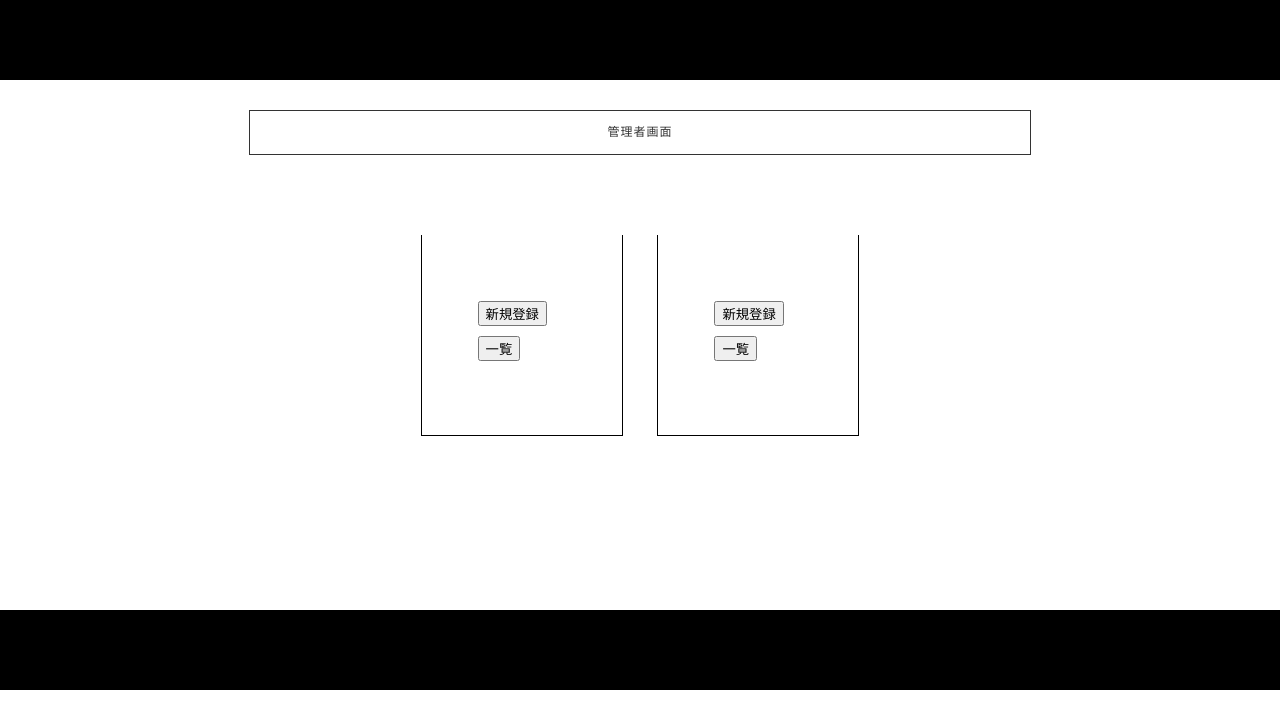
Repository: hiraide8/test
Page: http://localhost/ecsite/admin.jsp
The author's editor kept a copy of each file at every save. The page is drawn from the files as they stood at one save, then again after the next save.
The browser window is 1280 px wide. The pictures show the whole page.
The page is served by Tomcat 9. Other server files are loaded and not shown.

Above is the page before, as saved 2019-01-23 11:42:41.

### ecsite/WebContent/admin.jsp
<%@ page language="java" contentType="text/html; charset=UTF-8"
    pageEncoding="UTF-8"%>
<%@ taglib prefix="s" uri="/struts-tags" %>
<!DOCTYPE html PUBLIC "-//W3C//DTD HTML 4.01 Transitional//EN" "http://www.w3.org/TR/html4/loose.dtd">
<html>
<head>
       <meta http-equiv="Content-Type" content="text/html; charset=UTF-8">
       <meta http-equiv="Content-Style-Type" content="text/css"/>
       <meta http-equiv="Content-Script-Type" content="text/javascript"/>
       <meta http-equiv="imagetoolbar" content="no"/>
       <meta name="descripttion" content=""/>
       <meta name="keywords" content=""/>
       <title>管理者画面</title>
       <style type="text/css">
       /* ========TAG LAYOUT======== */
                body{
                  margin:0;
                  padding:0;
                  line-height:1.6;
                  letter-spacing:1px;
                  font-family:Verdana,Helvetica,sans-serif;
                  font-size:12px;
                  color:#333;
                  background:#fff;
                }
                table{
                  position:relative;
                  top:30px;
                  left:25px;
                }
       /* ========ID LAYOUT======== */
                #top{
                  width:780px;
                  margin:30px auto;
                  border:1px solid #333;
                }
                #header{
                  width:100%;
                  height:80px;
                  background-color:black;
                }
                #main{
                  width:100%;
                  height:500px;
                  text-align:center;
                }
                #footer{
                  width:100%;
                  height:80px;
                  background-color:black;
                  clear:both;
                }
       /* ========CLASS LAYOUT======== */
                .aaa{
                  margin:0 auto;
                  margin-left:15px;
                  margin-right:15px;
                  display:inline-block;
                  margin-top:50px;
                  width:200px;
                  height:200px;
                  border-right:1px solid black;
                  border-left:1px solid black;
                  border-bottom:1px solid black;
                }
       </style>
</head>
<body>
       <div id="header">
               <div id="pr">
               </div>
       </div>
       <div id="main">
               <div id="top">
                       <p>管理者画面</p>
               </div>
               <div class="aaa">
                       <table>
                       <tr>
                       <td>
                       <s:form action="ItemCreateAction">
                                  <s:submit value="新規登録"/>
                       </s:form>
                       </td>
                       </tr>
                       <tr>
                       <td>
                       <s:form action="ItemListAction">
                                  <s:submit value="一覧"/>
                       </s:form>
                       </td>
                       </tr>
                       </table>
               </div>
               <div class="aaa">
                       <table>
                       <tr>
                       <td>
                       <s:form action="UserCreateAction">
                                  <s:submit value="新規登録"/>
                       </s:form>
                       </td>
                       </tr>
                       <tr>
                       <td>
                       <s:form action="UserListAction">
                                  <s:submit value="一覧"/>
                       </s:form>
                       </td>
                       </tr>
                       </table>
               </div>
       </div>
       <div id="footer">
               <div id="pr">
               </div>
       </div>
</body>
</html>

After the next save:
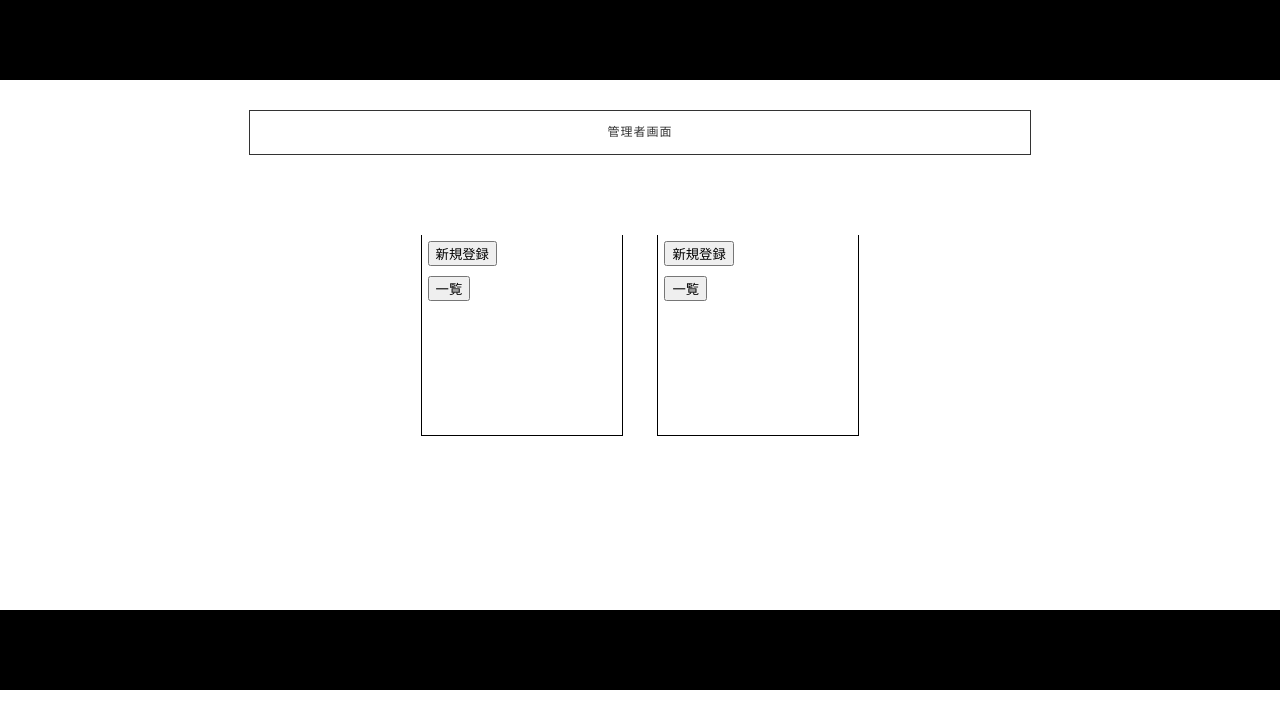
Saved 62 s later.
--- a/ecsite/WebContent/admin.jsp
+++ b/ecsite/WebContent/admin.jsp
@@ -25,7 +25,7 @@
                 }
                 table{
                   position:relative;
-                  top:30px;
+                  top:30px
                   left:25px;
                 }
        /* ========ID LAYOUT======== */

After the save that followed:
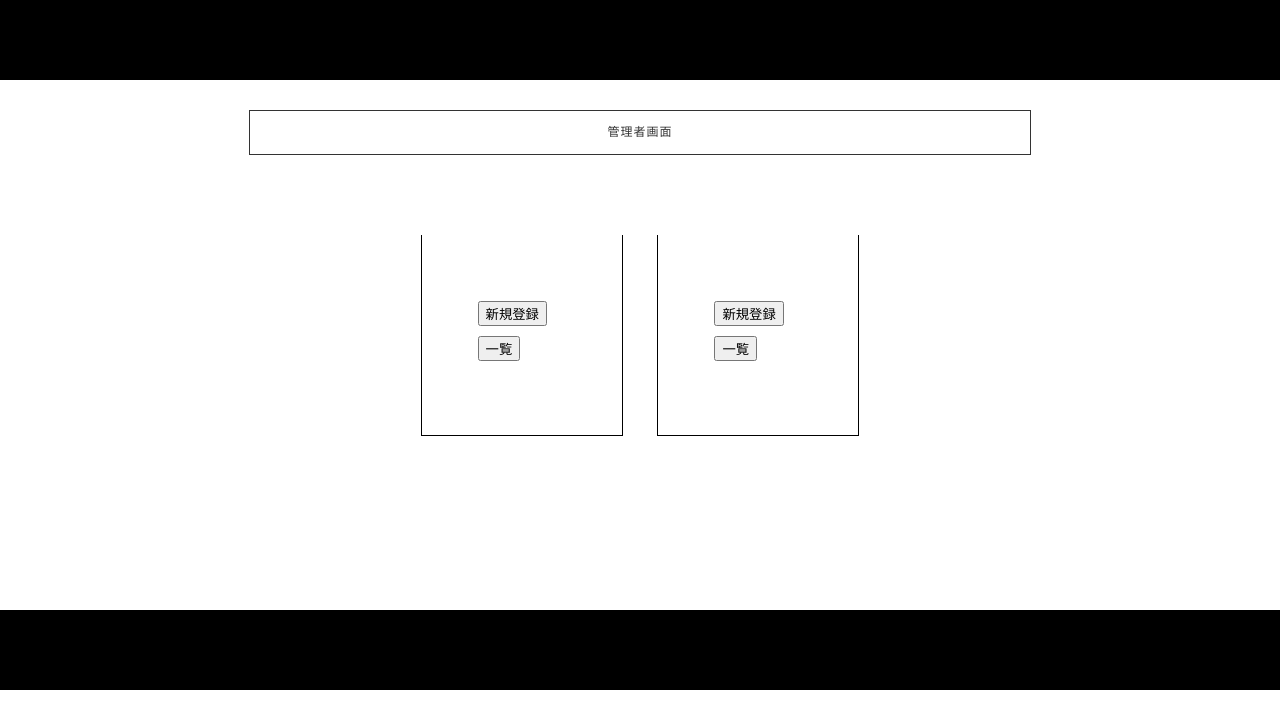
Saved 17 s later.
--- a/ecsite/WebContent/admin.jsp
+++ b/ecsite/WebContent/admin.jsp
@@ -25,7 +25,7 @@
                 }
                 table{
                   position:relative;
-                  top:30px
+                  top:30px;
                   left:25px;
                 }
        /* ========ID LAYOUT======== */
